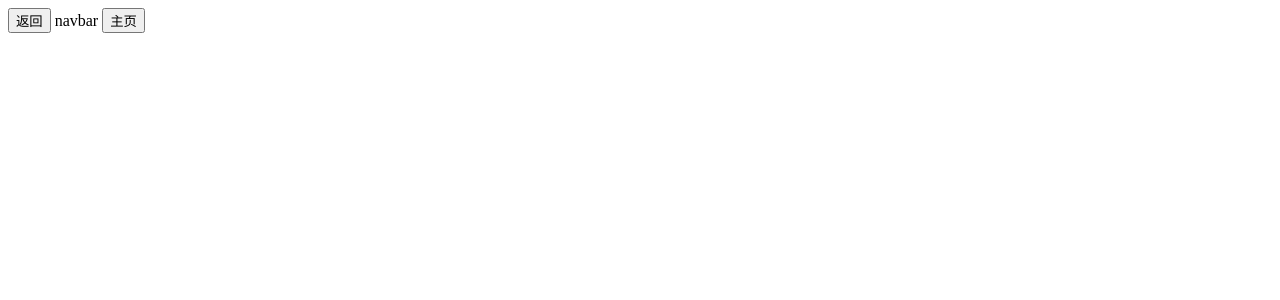
Repository: xiemin2161/mytest
Page: 01-组件.html
The author's editor kept a copy of each file at every save. The page is drawn from the files as they stood at one save, then again after the next save.
The browser window is 1280 px wide. The pictures show the whole page.

Above is the page before, as saved 2023-02-01 16:55:22.

### 01-组件.html
<!DOCTYPE html>
<html>
  <head>
    <meta charset="utf-8" />
    <meta http-equiv="X-UA-Compatible" content="IE=edge,chrome=1" />
    <title>Examples</title>
    <meta name="description" content="" />
    <meta name="keywords" content="" />
    <link href="" rel="stylesheet" />
    <style>
      .navbar {
        background: red;
      }
    </style>
    <script type="text/javascript" src="lib/vue.js"></script>
  </head>
  <body>
    <div id="box">
      <navbar></navbar>
    </div>

    <script type="text/javascript">
      //1、全局定义组件（作用域隔离）
      Vue.component("navbar", {
        template: `
        <div>
          <button @click="handleback()">返回</button>
          navbar
          <button>主页</button>
          <child></child>
        </div>
          `,
        methods: {
          handleback() {
            console.log("back");
          },
        },
      });
      new Vue({
        el: "#box",
      }); //root component  //root根组件
    </script>
  </body>
</html>

Loaded but not shown: lib/vue.js (library)

After the next save:
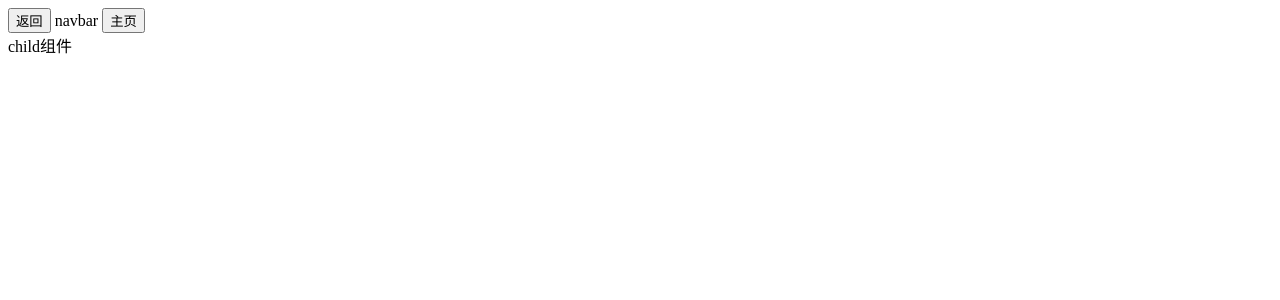
Saved 113 s later.
--- a/01-组件.html
+++ b/01-组件.html
@@ -36,6 +36,12 @@
           },
         },
       });
+
+      Vue.component("child", {
+        template: `
+          <div>child组件</div>
+        `,
+      });
       new Vue({
         el: "#box",
       }); //root component  //root根组件
